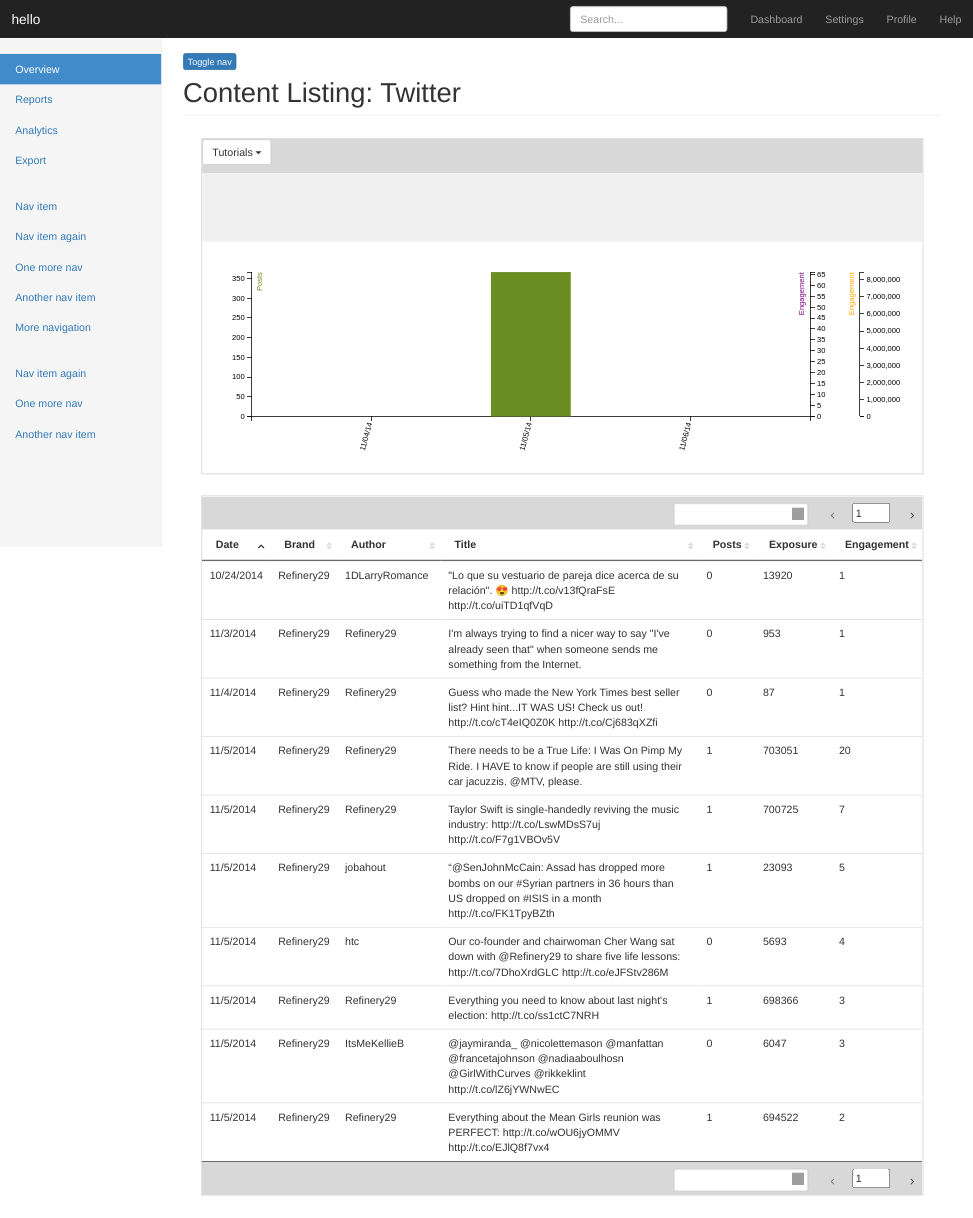
Repository: sadam0930/dashboard-example
Page: mclient/index.html
The author's editor kept a record of every edit. The page is drawn from the files as they stood at one moment, then again after the next edit.
The browser window is 1280 px wide. The pictures show the whole page, at 76% of full size.
Pictures or frames that could not be fetched are drawn as grey boxes.

Above is the page before.

### mclient/index.html
<!doctype html>
<html lang="en" ng-app>
  <head>
    <title>Dashboard Example</title>
    <meta name="viewport" content="width=device-width, initial-scale=1.0">
    <link rel="stylesheet" href="/css/bootstrap.min.css">
    <link rel="stylesheet" href="/css/bootstrap-responsive.min.css">
    <link rel="stylesheet" href="/css/jquery.dataTables.min.css">
    <link rel="stylesheet" href="/css/dataTables.bootstrap.css">
    <link rel="stylesheet" href="/css/jquery.gridster.min.css">
    <link rel="stylesheet" href="/css/font-awesome.min.css">
    <!-- Custom styles for this template -->
    <link rel="stylesheet" href="/css/dashboard.css">
  </head>
  <body>

    <nav class="navbar navbar-inverse navbar-fixed-top" role="navigation">
      <div class="container-fluid">
        <div class="navbar-header">
          <button type="button" class="navbar-toggle collapsed" data-toggle="collapse" data-target="#navbar" aria-expanded="false" aria-controls="navbar">
            <span class="sr-only">Toggle navigation</span>
            <span class="icon-bar"></span>
            <span class="icon-bar"></span>
            <span class="icon-bar"></span>
          </button>
          <a class="navbar-brand" href="#">hello</a>
        </div>
        <div id="navbar" class="navbar-collapse collapse">
          <ul class="nav navbar-nav navbar-right">
            <li><a href="#">Dashboard</a></li>
            <li><a href="#">Settings</a></li>
            <li><a href="#">Profile</a></li>
            <li><a href="#">Help</a></li>
          </ul>
          <form class="navbar-form navbar-right">
            <input type="text" class="form-control" placeholder="Search...">
          </form>
        </div>
      </div>
    </nav>

    <div class="container-fluid">
      <div class="row row-offcanvas">
        <div class="col-sm-3 col-md-2 sidebar sidebar-wrapper">
          <ul class="nav nav-sidebar">
            <li class="active"><a href="#">Overview <span class="sr-only">(current)</span></a></li>
            <li><a href="#">Reports</a></li>
            <li><a href="#">Analytics</a></li>
            <li><a href="#">Export</a></li>
          </ul>
          <ul class="nav nav-sidebar">
            <li><a href="">Nav item</a></li>
            <li><a href="">Nav item again</a></li>
            <li><a href="">One more nav</a></li>
            <li><a href="">Another nav item</a></li>
            <li><a href="">More navigation</a></li>
          </ul>
          <ul class="nav nav-sidebar">
            <li><a href="">Nav item again</a></li>
            <li><a href="">One more nav</a></li>
            <li><a href="">Another nav item</a></li>
          </ul>
        </div>

        <div class="col-sm-9 col-sm-offset-3 col-md-10 col-md-offset-2 main sidebar-wrapper">
          <p>
            <button type="button" class="btn btn-primary btn-xs" data-toggle="offcanvas">Toggle nav</button>
          </p>

          <h1 class="page-header">Content Listing: Twitter</h1>
          <div class="wrapper gridster">
            <ul>
               <li data-row="1" data-col="1" data-sizex="1" data-sizey="1">
                  <div class="widget" id="chart-1">
                    <div class="top" style="height:45px">
                      <div class="group1">
                        <div class="dropdown">
                          <button class="btn btn-default dropdown-toggle" type="button" id="menu1" data-toggle="dropdown">Tutorials
                          <span class="caret"></span></button>
                          <ul class="dropdown-menu" role="menu" aria-labelledby="menu1">
                            <li role="presentation"><a role="menuitem" tabindex="-1" href="#">HTML</a></li>
                            <li role="presentation"><a role="menuitem" tabindex="-1" href="#">CSS</a></li>
                            <li role="presentation"><a role="menuitem" tabindex="-1" href="#">JavaScript</a></li>
                            <li role="presentation" class="divider"></li>
                            <li role="presentation"><a role="menuitem" tabindex="-1" href="#">About Us</a></li>
                          </ul>
                        </div>
                      </div>
                    </div>
                    <div class="info"></div>
                  </div>
               </li>
               <li data-row="2" data-col="1" data-sizex="1" data-sizey="2">
                  <div class="widget table-responsive" id="table-1">
                  </div>
               </li>
            </ul>
          </div>

        </div>

      </div>
    </div>

    <script src="/js/jquery.min.js"></script>
    <script src="/js/bootstrap.min.js"></script>
    <!--<script src="/js/angular.min.js"></script>-->
    <script src="/js/docs.min.js"></script>
    <script src="/js/jquery.dataTables.min.js"></script>
    <script src="/js/plugin-input.js"></script>
    <script src="/js/dataTables.bootstrap.js"></script>
    <script src="/js/d3.v3.js"></script>
    <script src="/js/jquery.gridster.min.js"></script>
    <script src="/js/jquery.gridster.with-extras.min.js"></script>
    <script src="/js/meelo-test.js"></script>
  </body>
</html>

### css/dataTables.bootstrap.css
div.dataTables_length label {
	font-weight: normal;
	text-align: left;
	white-space: nowrap;
}

div.dataTables_length select {
	width: 75px;
	display: inline-block;
}

div.dataTables_filter {
	text-align: right;
}

div.dataTables_filter label {
	font-weight: normal;
	white-space: nowrap;
	text-align: left;
}

div.dataTables_filter input {
	margin-left: 0.5em;
	display: inline-block;
}

div.dataTables_info {
	padding-top: 8px;
	white-space: nowrap;
}

div.dataTables_paginate {
	margin: 0;
	white-space: nowrap;
	text-align: right;
}

div.dataTables_paginate ul.pagination {
	margin: 2px 0;
	white-space: nowrap;
}

@media screen and (max-width: 767px) {
	div.dataTables_length,
	div.dataTables_filter,
	div.dataTables_info,
	div.dataTables_paginate {
		text-align: center;
	}
}


table.dataTable td,
table.dataTable th {
	-webkit-box-sizing: content-box;
	-moz-box-sizing: content-box;
	box-sizing: content-box;
}


table.dataTable {
	clear: both;
	margin-top: 6px !important;
	margin-bottom: 6px !important;
	max-width: none !important;
}

table.dataTable thead .sorting,
table.dataTable thead .sorting_asc,
table.dataTable thead .sorting_desc,
table.dataTable thead .sorting_asc_disabled,
table.dataTable thead .sorting_desc_disabled {
	cursor: pointer;
}

table.dataTable thead .sorting { background: url('../images/sort_both.png') no-repeat center right; }
table.dataTable thead .sorting_asc { background: url('../images/sort_asc.png') no-repeat center right; }
table.dataTable thead .sorting_desc { background: url('../images/sort_desc.png') no-repeat center right; }

table.dataTable thead .sorting_asc_disabled { background: url('../images/sort_asc_disabled.png') no-repeat center right; }
table.dataTable thead .sorting_desc_disabled { background: url('../images/sort_desc_disabled.png') no-repeat center right; }

table.dataTable thead > tr > th {
	padding-left: 18px;
	padding-right: 18px;
}

table.dataTable th:active {
	outline: none;
}

/* Scrolling */
div.dataTables_scrollHead table {
	margin-bottom: 0 !important;
	border-bottom-left-radius: 0;
	border-bottom-right-radius: 0;
}

div.dataTables_scrollHead table thead tr:last-child th:first-child,
div.dataTables_scrollHead table thead tr:last-child td:first-child {
	border-bottom-left-radius: 0 !important;
	border-bottom-right-radius: 0 !important;
}

div.dataTables_scrollBody table {
	border-top: none;
	margin-top: 0 !important;
	margin-bottom: 0 !important;
}

div.dataTables_scrollBody tbody tr:first-child th,
div.dataTables_scrollBody tbody tr:first-child td {
	border-top: none;
}

div.dataTables_scrollFoot table {
	margin-top: 0 !important;
	border-top: none;
}

/* Frustratingly the border-collapse:collapse used by Bootstrap makes the column
   width calculations when using scrolling impossible to align columns. We have
   to use separate
 */
table.table-bordered.dataTable {
	border-collapse: separate !important;
}
table.table-bordered thead th,
table.table-bordered thead td {
	border-left-width: 0;
	border-top-width: 0;
}
table.table-bordered tbody th,
table.table-bordered tbody td {
	border-left-width: 0;
	border-bottom-width: 0;
}
table.table-bordered th:last-child,
table.table-bordered td:last-child {
	border-right-width: 0;
}
div.dataTables_scrollHead table.table-bordered {
	border-bottom-width: 0;
}




/*
 * TableTools styles
 */
.table.dataTable tbody tr.active td,
.table.dataTable tbody tr.active th {
	background-color: #08C;
	color: white;
}

.table.dataTable tbody tr.active:hover td,
.table.dataTable tbody tr.active:hover th {
	background-color: #0075b0 !important;
}

.table.dataTable tbody tr.active th > a,
.table.dataTable tbody tr.active td > a {
	color: white;
}

.table-striped.dataTable tbody tr.active:nth-child(odd) td,
.table-striped.dataTable tbody tr.active:nth-child(odd) th {
	background-color: #017ebc;
}

table.DTTT_selectable tbody tr {
	cursor: pointer;
}

div.DTTT .btn {
	color: #333 !important;
	font-size: 12px;
}

div.DTTT .btn:hover {
	text-decoration: none !important;
}

ul.DTTT_dropdown.dropdown-menu {
  z-index: 2003;
}

ul.DTTT_dropdown.dropdown-menu a {
	color: #333 !important; /* needed only when demo_page.css is included */
}

ul.DTTT_dropdown.dropdown-menu li {
	position: relative;
}

ul.DTTT_dropdown.dropdown-menu li:hover a {
	background-color: #0088cc;
	color: white !important;
}

div.DTTT_collection_background {
	z-index: 2002;
}

/* TableTools information display */
div.DTTT_print_info {
	position: fixed;
	top: 50%;
	left: 50%;
	width: 400px;
	height: 150px;
	margin-left: -200px;
	margin-top: -75px;
	text-align: center;
	color: #333;
	padding: 10px 30px;
	opacity: 0.95;

	background-color: white;
	border: 1px solid rgba(0, 0, 0, 0.2);
	border-radius: 6px;

	-webkit-box-shadow: 0 3px 7px rgba(0, 0, 0, 0.5);
	        box-shadow: 0 3px 7px rgba(0, 0, 0, 0.5);
}

div.DTTT_print_info h6 {
	font-weight: normal;
	font-size: 28px;
	line-height: 28px;
	margin: 1em;
}

div.DTTT_print_info p {
	font-size: 14px;
	line-height: 20px;
}

div.dataTables_processing {
    position: absolute;
    top: 50%;
    left: 50%;
    width: 100%;
    height: 60px;
    margin-left: -50%;
    margin-top: -25px;
    padding-top: 20px;
    padding-bottom: 20px;
    text-align: center;
    font-size: 1.2em;
    background-color: white;
    background: -webkit-gradient(linear, left top, right top, color-stop(0%, rgba(255,255,255,0)), color-stop(25%, rgba(255,255,255,0.9)), color-stop(75%, rgba(255,255,255,0.9)), color-stop(100%, rgba(255,255,255,0)));
    background: -webkit-linear-gradient(left, rgba(255,255,255,0) 0%, rgba(255,255,255,0.9) 25%, rgba(255,255,255,0.9) 75%, rgba(255,255,255,0) 100%);
    background: -moz-linear-gradient(left, rgba(255,255,255,0) 0%, rgba(255,255,255,0.9) 25%, rgba(255,255,255,0.9) 75%, rgba(255,255,255,0) 100%);
    background: -ms-linear-gradient(left, rgba(255,255,255,0) 0%, rgba(255,255,255,0.9) 25%, rgba(255,255,255,0.9) 75%, rgba(255,255,255,0) 100%);
    background: -o-linear-gradient(left, rgba(255,255,255,0) 0%, rgba(255,255,255,0.9) 25%, rgba(255,255,255,0.9) 75%, rgba(255,255,255,0) 100%);
    background: linear-gradient(to right, rgba(255,255,255,0) 0%, rgba(255,255,255,0.9) 25%, rgba(255,255,255,0.9) 75%, rgba(255,255,255,0) 100%);
}



/*
 * FixedColumns styles
 */
div.DTFC_LeftHeadWrapper table,
div.DTFC_LeftFootWrapper table,
div.DTFC_RightHeadWrapper table,
div.DTFC_RightFootWrapper table,
table.DTFC_Cloned tr.even {
    background-color: white;
    margin-bottom: 0;
}

div.DTFC_RightHeadWrapper table ,
div.DTFC_LeftHeadWrapper table {
	border-bottom: none !important;
    margin-bottom: 0 !important;
    border-top-right-radius: 0 !important;
    border-bottom-left-radius: 0 !important;
    border-bottom-right-radius: 0 !important;
}

div.DTFC_RightHeadWrapper table thead tr:last-child th:first-child,
div.DTFC_RightHeadWrapper table thead tr:last-child td:first-child,
div.DTFC_LeftHeadWrapper table thead tr:last-child th:first-child,
div.DTFC_LeftHeadWrapper table thead tr:last-child td:first-child {
    border-bottom-left-radius: 0 !important;
    border-bottom-right-radius: 0 !important;
}

div.DTFC_RightBodyWrapper table,
div.DTFC_LeftBodyWrapper table {
    border-top: none;
    margin: 0 !important;
}

div.DTFC_RightBodyWrapper tbody tr:first-child th,
div.DTFC_RightBodyWrapper tbody tr:first-child td,
div.DTFC_LeftBodyWrapper tbody tr:first-child th,
div.DTFC_LeftBodyWrapper tbody tr:first-child td {
    border-top: none;
}

div.DTFC_RightFootWrapper table,
div.DTFC_LeftFootWrapper table {
    border-top: none;
    margin-top: 0 !important;
}


/*
 * FixedHeader styles
 */
div.FixedHeader_Cloned table {
	margin: 0 !important
}

### css/dashboard.css
/*
 * Base structure
 */

/* Move down content because we have a fixed navbar that is 50px tall */
body {
  padding-top: 50px;
}


/*
 * Global add-ons
 */

.sub-header {
  padding-bottom: 10px;
  border-bottom: 1px solid #eee;
}

/*
 * Top navigation
 * Hide default border to remove 1px line.
 */
.navbar-fixed-top {
  border: 0;
}

/*
 * Sidebar
 */

/* Hide for mobile, show later */
.sidebar {
  display: none;
}
@media (min-width: 768px) {
  .sidebar {
    position: fixed;
    top: 51px;
    bottom: 0;
    left: 0;
    z-index: 1000;
    display: block;
    padding: 20px;
    overflow-x: hidden;
    overflow-y: auto; /* Scrollable contents if viewport is shorter than content. */
    background-color: #f5f5f5;
    border-right: 1px solid #eee;
  }
}

/* Sidebar navigation */
.nav-sidebar {
  margin-right: -21px; /* 20px padding + 1px border */
  margin-bottom: 20px;
  margin-left: -20px;
}
.nav-sidebar > li > a {
  padding-right: 20px;
  padding-left: 20px;
}
.nav-sidebar > .active > a,
.nav-sidebar > .active > a:hover,
.nav-sidebar > .active > a:focus {
  color: #fff;
  background-color: #428bca;
}

.sidebar-wrapper.collapsed {
  left: -17%;
  -webkit-transition: all .25s ease-out;
     -moz-transition: all .25s ease-out;
          transition: all .25s ease-out;
}

/*
 * Main content
 */

.main {
  padding: 20px;
}
@media (min-width: 768px) {
  .main {
    padding-right: 40px;
    padding-left: 40px;
  }
}
.main .page-header {
  margin-top: 0;
}


/*
 * Chart content
 */

.axis {
	  font: 10px sans-serif;
}

.axis path,
.axis line {
  fill: none;
  stroke: #000;
  shape-rendering: crispEdges;
}

/*
 * Widget
 */

.widget {
  border: solid;
  border-width: 1px;
  border-color: #D0D0D0 ;
}

.widget .top,
.widget .bottom {
  /*height: 45px;*/
  background-color: #D8D8D8;
}

.widget .info {
  height: 90px;
  background-color: #F0F0F0 ;
}

.gridster > ul {
  list-style-type: none;
}

/*
 * Custom Datatable CSS
 */

.dataTables_wrapper .dataTables_filter {
  padding-top: 0.6em;
  display: inline-block;
}

.dataTables_wrapper .dataTables_paginate {
  display: inline-block;
}

.dataTables_wrapper .dataTables_paginate {
  padding-top: 0;
}

table.dataTable {
  margin-top: 0 !important;
  margin-bottom: 0 !important;
}

.paginate_input {
  margin-top: 0.6em;
  width: 50px;
}

/*!
 * DataTables + Font Awesome integration
 * License: MIT - http://datatables.net/license
 */

/*
 * Sort styling
 */
table.dataTable thead th {
	position: relative;
	/* Remove the DataTables bootstrap integration styling */
	background-image: none !important;
}

table.dataTable thead th.sorting:after,
table.dataTable thead th.sorting_asc:after,
table.dataTable thead th.sorting_desc:after {
	position: absolute;
	top: 12px;
	right: 8px;
	display: block;
	font-family: FontAwesome;
}

table.dataTable thead th.sorting:after {
	content: "\f0dc";
	color: #ddd;
	font-size: 0.8em;
	padding-top: 0.12em;
}
table.dataTable thead th.sorting_asc:after {
	content: "\f106";
}
table.dataTable thead th.sorting_desc:after {
	content: "\f107";
}

div.dataTables_scrollBody table.dataTable thead th.sorting:after,
div.dataTables_scrollBody table.dataTable thead th.sorting_asc:after,
div.dataTables_scrollBody table.dataTable thead th.sorting_desc:after {
	content: "";
}

/*
 * DataTables style pagination controls
 */
div.dataTables_paginate span.paginate_button.previous {
	position: relative;
	padding-left: 24px;
	display: inline;
	padding-bottom: 1em;
}

div.dataTables_paginate span.paginate_button.next {
	position: relative;
	padding-right: 24px;
	display: inline;
	padding-bottom: 1em;
}

div.dataTables_paginate span.previous:before {
	position: absolute;
	top: 8px;
	left: 10px;
	display: block;
	font-family: FontAwesome;
}

div.dataTables_paginate span.next:after {
	position: absolute;
	top: 8px;
	right: 10px;
	display: block;
	font-family: FontAwesome;
}

div.dataTables_paginate span.previous:before {
	content: "\f104";
}

div.dataTables_paginate span.next:after {
	content: "\f105";
}

#g-search-button {
  display: inline-block;
  width: 16px;
  height: 16px;
  position: relative;
  left: -22px;
  top: 3px;
  background: url('/img/search_icon.png');
}



.clearfix:after {
   content: " "; /* Older browser do not support empty content */
   visibility: hidden;
   display: block;
   height: 0;
   clear: both;
}


/* Custom dropdown */
.group1 div.dropdown {
  float: left;
}

Loaded but not shown: css/bootstrap.min.css (library); css/bootstrap-responsive.min.css (library); css/jquery.dataTables.min.css (library); css/jquery.gridster.min.css (library); css/font-awesome.min.css (library); js/jquery.min.js (library); js/bootstrap.min.js (library); js/docs.min.js (library); js/jquery.dataTables.min.js (library); js/dataTables.bootstrap.js (common file); js/d3.v3.js (library); js/jquery.gridster.min.js (library); js/jquery.gridster.with-extras.min.js (library); mclient/ajax/twitter.json (1 lines, source omitted); js/plugin-input.js (220 lines, source omitted); js/meelo-test.js (228 lines, source omitted)

After the next edit:
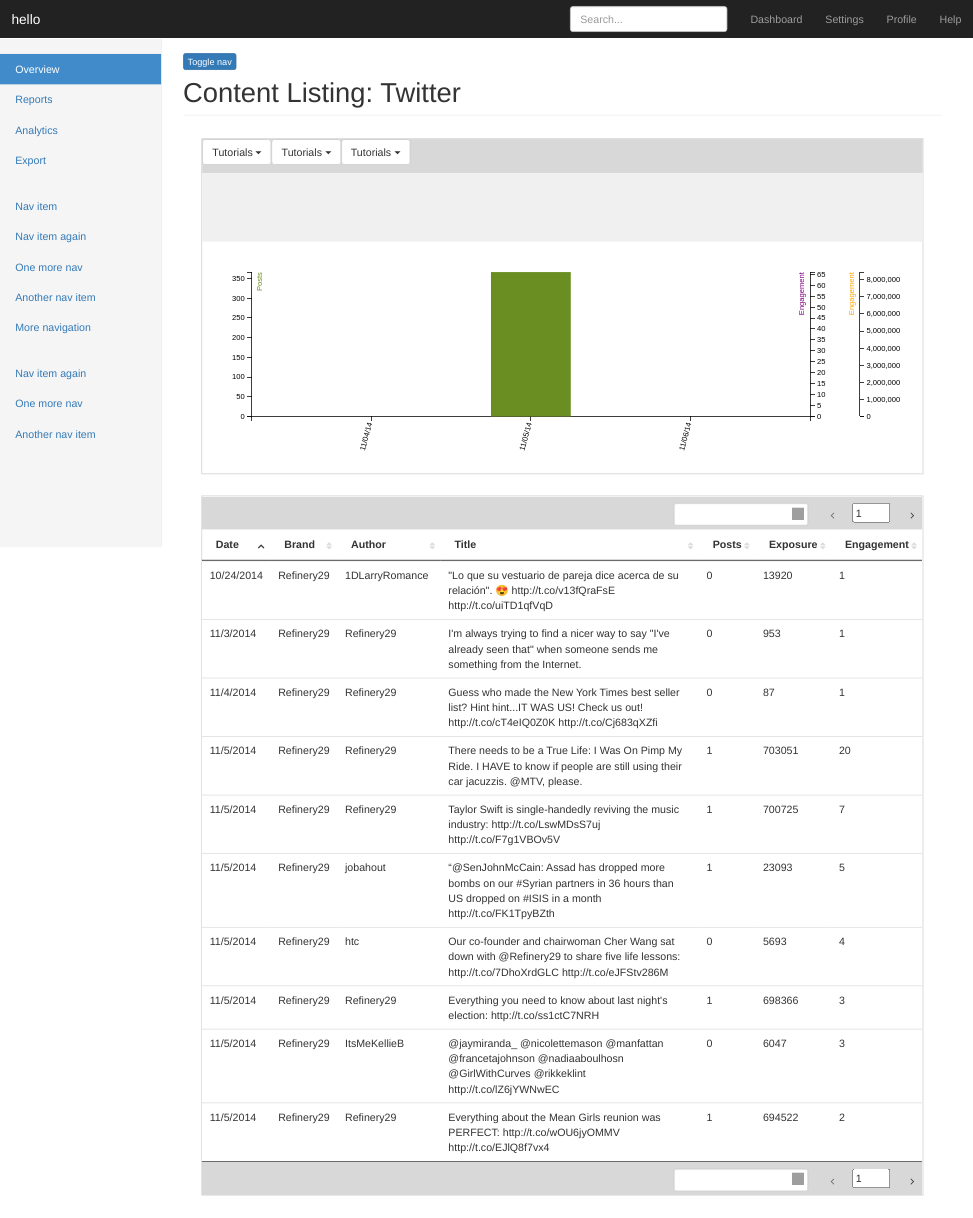
The edit:
--- a/mclient/index.html
+++ b/mclient/index.html
@@ -85,6 +85,28 @@
                             <li role="presentation"><a role="menuitem" tabindex="-1" href="#">About Us</a></li>
                           </ul>
                         </div>
+                        <div class="dropdown">
+                          <button class="btn btn-default dropdown-toggle" type="button" id="menu1" data-toggle="dropdown">Tutorials
+                          <span class="caret"></span></button>
+                          <ul class="dropdown-menu" role="menu" aria-labelledby="menu1">
+                            <li role="presentation"><a role="menuitem" tabindex="-1" href="#">HTML</a></li>
+                            <li role="presentation"><a role="menuitem" tabindex="-1" href="#">CSS</a></li>
+                            <li role="presentation"><a role="menuitem" tabindex="-1" href="#">JavaScript</a></li>
+                            <li role="presentation" class="divider"></li>
+                            <li role="presentation"><a role="menuitem" tabindex="-1" href="#">About Us</a></li>
+                          </ul>
+                        </div>
+                        <div class="dropdown">
+                          <button class="btn btn-default dropdown-toggle" type="button" id="menu1" data-toggle="dropdown">Tutorials
+                          <span class="caret"></span></button>
+                          <ul class="dropdown-menu" role="menu" aria-labelledby="menu1">
+                            <li role="presentation"><a role="menuitem" tabindex="-1" href="#">HTML</a></li>
+                            <li role="presentation"><a role="menuitem" tabindex="-1" href="#">CSS</a></li>
+                            <li role="presentation"><a role="menuitem" tabindex="-1" href="#">JavaScript</a></li>
+                            <li role="presentation" class="divider"></li>
+                            <li role="presentation"><a role="menuitem" tabindex="-1" href="#">About Us</a></li>
+                          </ul>
+                        </div>
                       </div>
                     </div>
                     <div class="info"></div>
